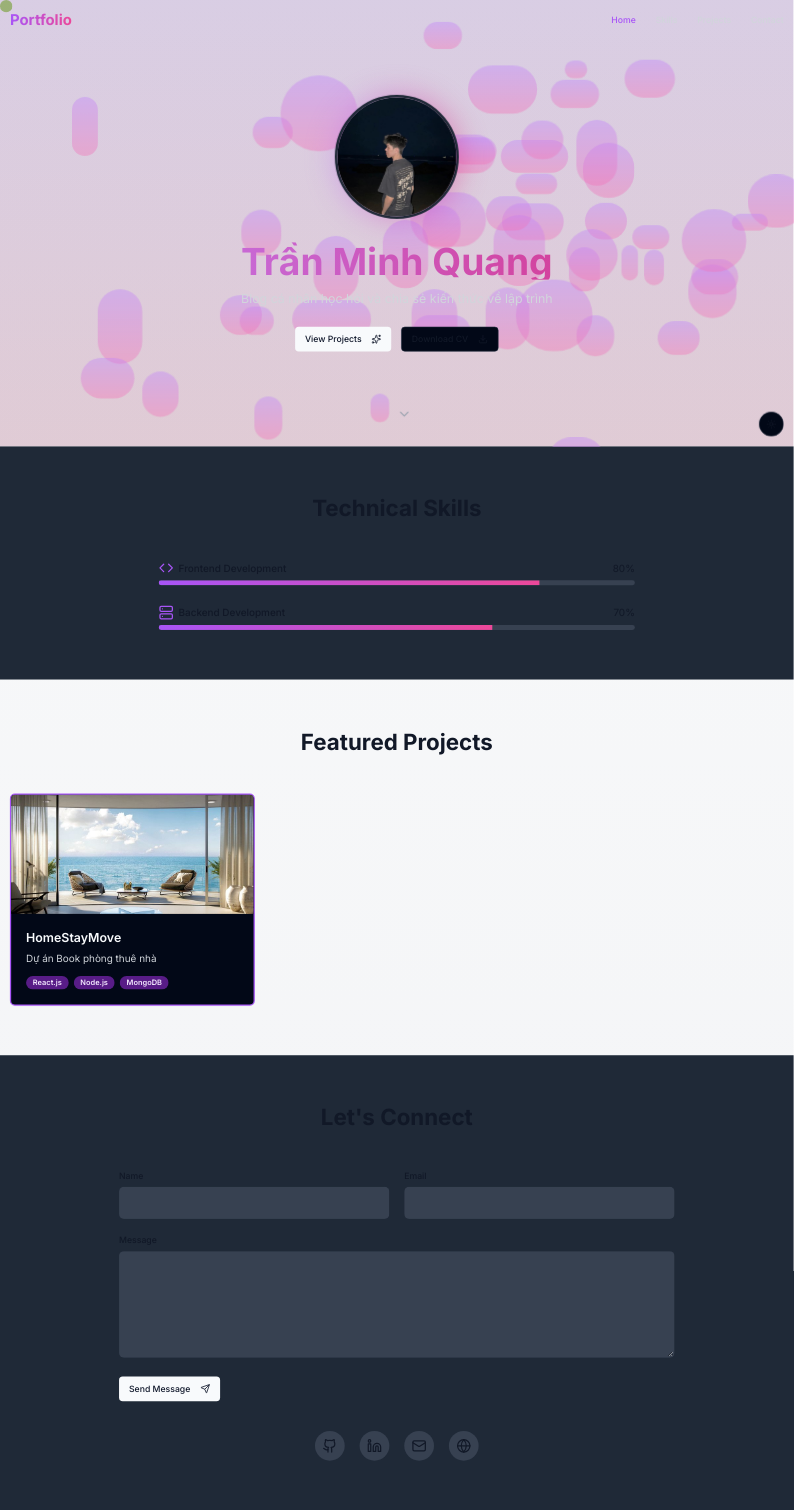
Repository: minhquang203/blog
Page: /
An editor plug-in stored every save of this project. The page is shown before and after the next save, followed by the edit.
The browser window is 1280 px wide. The pictures show the whole page, at 62% of full size.
The project was rebuilt for these pictures with package versions that can differ from the ones it lists, and the page was loaded fresh each time. The framework's server and built-in components were replaced by stand-ins that run in the browser. Also part of the build but not shown: next.config.ts.

Above is the page before, as saved 2024-12-31 00:35:41.

After the next save:
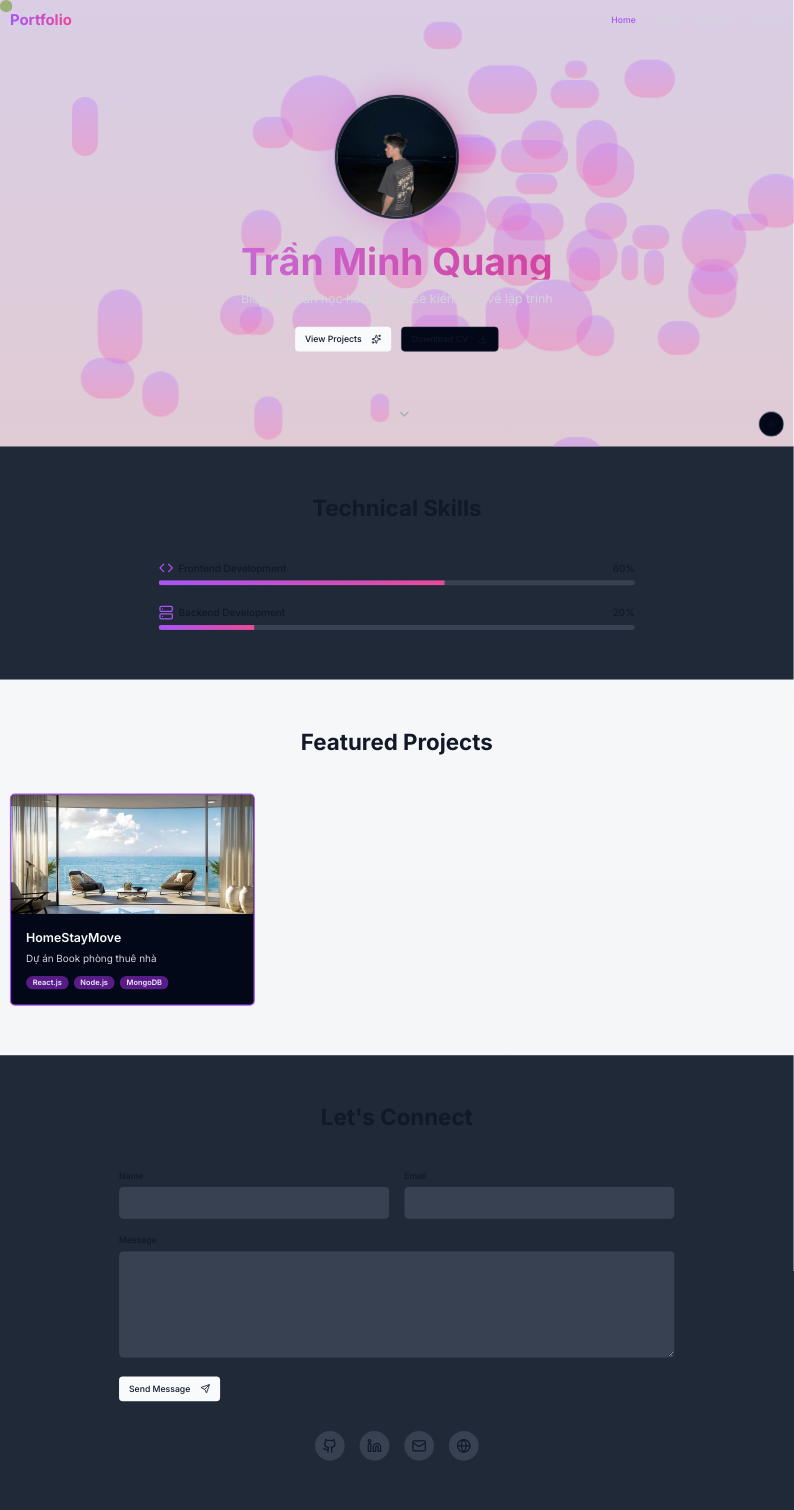
Saved 15 s later.
--- a/app/page.tsx
+++ b/app/page.tsx
@@ -42,8 +42,8 @@ export default function Home() {
   const [activeSection, setActiveSection] = useState("home");
 
   const skills = [
-    { name: "Frontend Development", level:80, icon: Code },
-    { name: "Backend Development", level: 70, icon: Server },
+    { name: "Frontend Development", level:60, icon: Code },
+    { name: "Backend Development", level: 20, icon: Server },
   ];
 
   const projects = [
